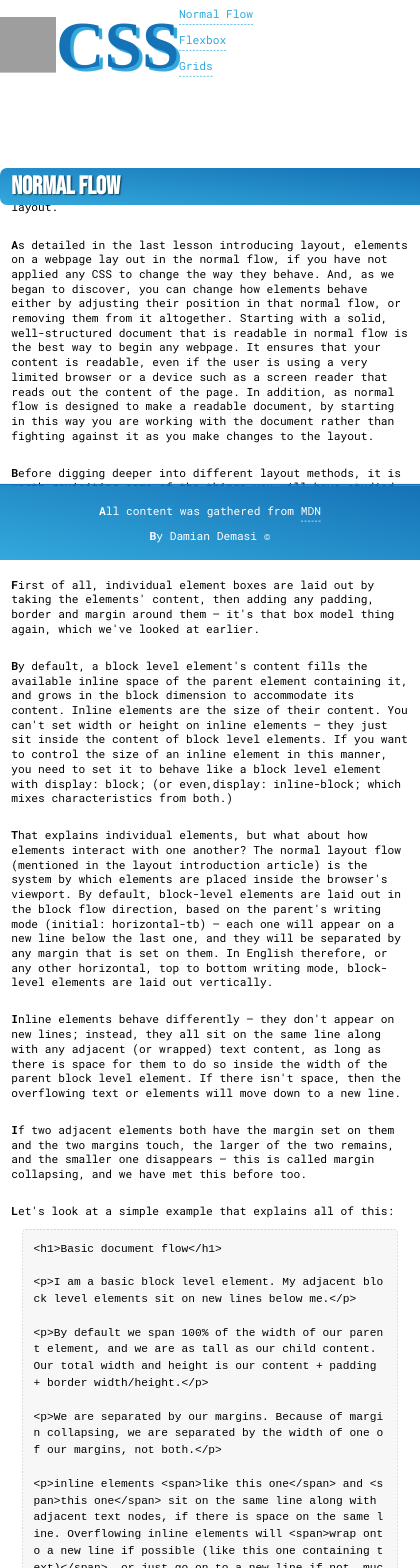
Repository: Colo-Codes/freecodecamp-04-Technical-Documentation-Page
Page: index.html
These files come from the project's save history. The page is drawn as it stood at one moment and after the next save; the edit follows.
The browser window is 600 px wide. The pictures show the part of the page from y = 0 to 2240 px (the page is 8239 px tall before and 8223 px after), at 70% of full size.
Pictures or frames that could not be fetched are drawn as grey boxes. Some web fonts or font styles are not loaded; a fallback is used.

Above is the page before, as saved 2021-06-02 10:07:00.

After the next save:
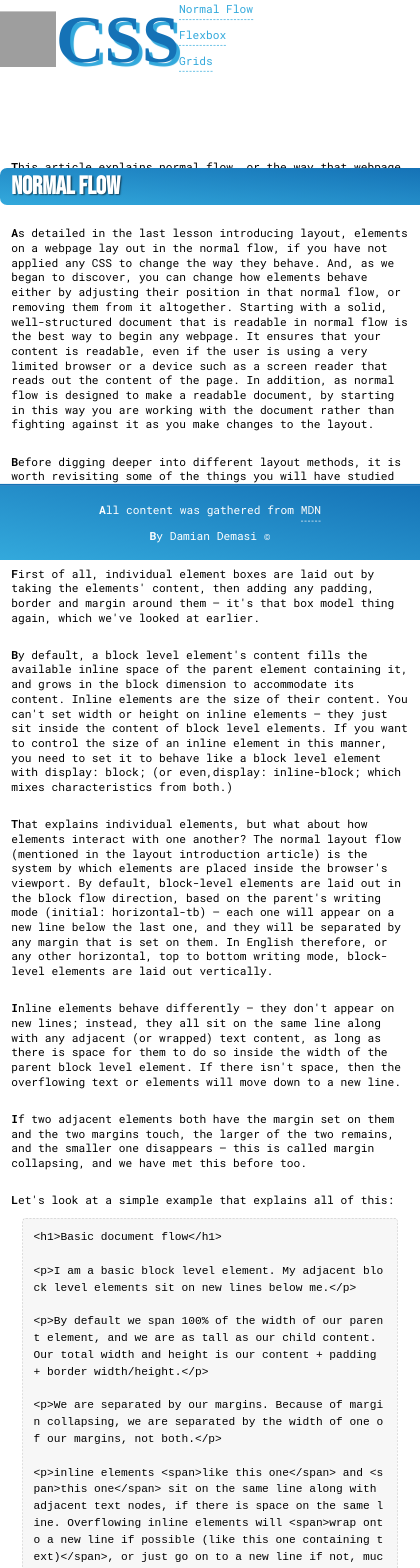
Saved 4 s later.
--- a/resources/css/index.css
+++ b/resources/css/index.css
@@ -55,7 +55,7 @@
         background-color: white;
         margin: 0;
         top: 0px;
-        height: 8rem;
+        height: 7rem;
         z-index: 1;
     }
     #navbar-image {

After the save that followed:
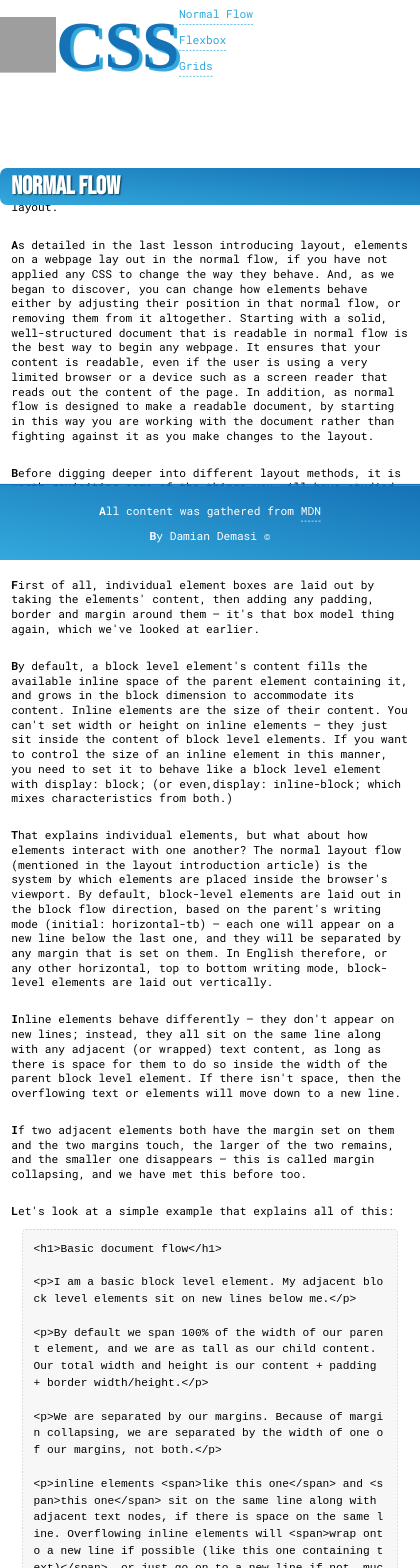
Saved 12 s later.
--- a/resources/css/index.css
+++ b/resources/css/index.css
@@ -55,7 +55,7 @@
         background-color: white;
         margin: 0;
         top: 0px;
-        height: 7rem;
+        height: 8rem;
         z-index: 1;
     }
     #navbar-image {
